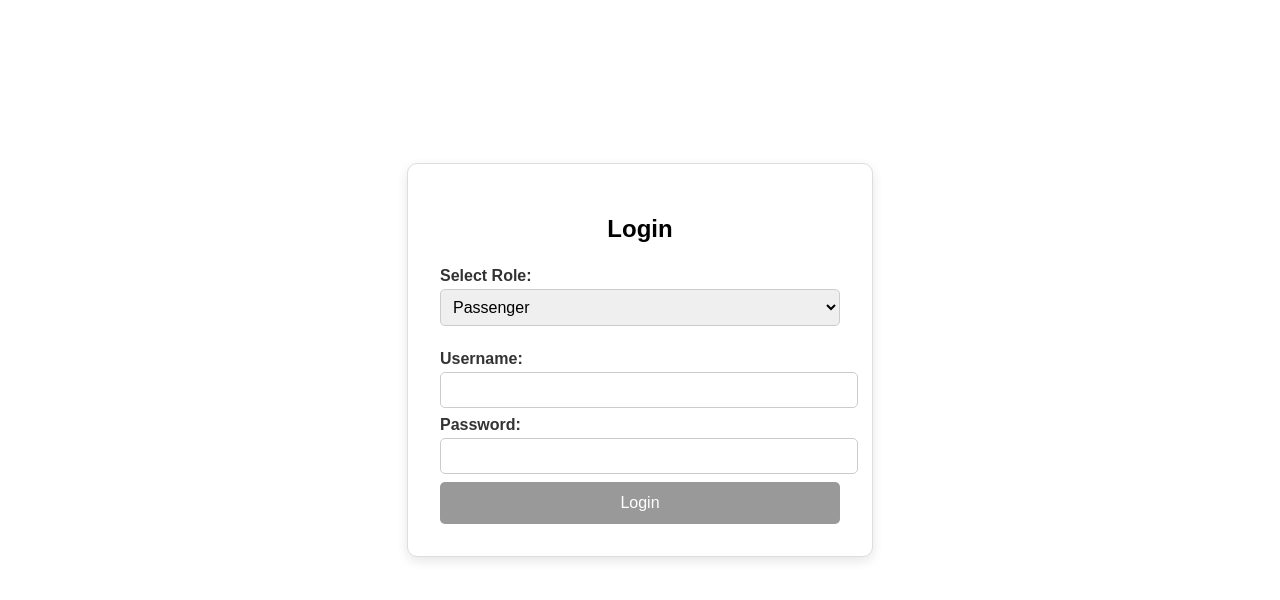
Repository: Shenes35/Booking-system
Page: /passenger (app in frontend/)
These files come from the project's save history. The page is drawn as it stood at one moment and after the next save; the edit follows.
The browser window is 1280 px wide. The pictures show the whole page.
The project was rebuilt for these pictures with package versions that can differ from the ones it lists, and the page was loaded fresh each time. Also part of the build but not shown: frontend/src/components/ErrorBoundary.jsx.

Above is the page before, as saved 2025-05-19 20:07:20.

### frontend/src/index.js
import React from 'react';
import ReactDOM from 'react-dom/client';
import './index.css';
import App from './App.jsx';       // ONLY one import of App
import reportWebVitals from './reportWebVitals';

const root = ReactDOM.createRoot(document.getElementById('root'));
root.render(
  <React.StrictMode>
    <App />
  </React.StrictMode>
);

reportWebVitals();

### frontend/src/App.jsx
// App.jsx
import React, { Suspense } from 'react';
import { BrowserRouter as Router, Routes, Route, Navigate } from 'react-router-dom';

import { AuthProvider, AuthContext } from './context/AuthContext';
import { FlightsProvider } from './context/FlightsContext';

// Lazy load components for code splitting
const LoginPage = React.lazy(() => import('./components/LoginPage'));
const AdminDashboard = React.lazy(() => import('./components/AdminDashboard'));
const PassengerWindow = React.lazy(() => import('./components/PassengerWindow'));
const ErrorBoundary = React.lazy(() => import('./components/ErrorBoundary'));

// ProtectedRoute component for route guarding
const ProtectedRoute = ({ children, allowedRoles }) => {
  const { user } = React.useContext(AuthContext);

  if (!user || !allowedRoles.includes(user.role)) {
    // User not logged in or unauthorized role - redirect to login
    return <Navigate to="/" replace />;
  }

  // Authorized access
  return children;
};

const App = () => {
  return (
    <AuthProvider>
      <FlightsProvider>
        <Router>
          <Suspense fallback={<div>Loading...</div>}>
            <ErrorBoundary>
              <Routes>
                {/* Public Route */}
                <Route path="/" element={<LoginPage />} />

                {/* Protected Admin Route */}
                <Route
                  path="/admin"
                  element={
                    <ProtectedRoute allowedRoles={['admin']}>
                      <AdminDashboard />
                    </ProtectedRoute>
                  }
                />

                {/* Protected Passenger Route */}
                <Route
                  path="/passenger"
                  element={
                    <ProtectedRoute allowedRoles={['passenger']}>
                      <PassengerWindow />
                    </ProtectedRoute>
                  }
                />

                {/* Catch-all redirect */}
                <Route path="*" element={<Navigate to="/" replace />} />
              </Routes>
            </ErrorBoundary>
          </Suspense>
        </Router>
      </FlightsProvider>
    </AuthProvider>
  );
};

export default App;

### frontend/src/context/AuthContext.jsx
// context/AuthContext.jsx
import React, { createContext, useState, useEffect, useMemo } from 'react';

// Create the AuthContext
export const AuthContext = createContext();

export const AuthProvider = ({ children }) => {
  // Initialize user from localStorage or null
  const [user, setUser] = useState(() => {
    try {
      const savedUser = localStorage.getItem('user');
      return savedUser ? JSON.parse(savedUser) : null;
    } catch (error) {
      console.error("Failed to parse user from localStorage:", error);
      return null;
    }
  });

  // Update localStorage whenever user changes (except when user is null, remove item)
  useEffect(() => {
    if (user) {
      localStorage.setItem('user', JSON.stringify(user));
    } else {
      localStorage.removeItem('user');
    }
  }, [user]);

  // Login function sets user info (e.g., role and username)
  const login = (role, username) => {
    setUser({ role, username });
  };

  // Logout clears user info
  const logout = () => {
    setUser(null);
  };

  // Derived state for convenience
  const isAuthenticated = !!user;

  // Memoize the context value to avoid unnecessary re-renders
  const value = useMemo(() => ({
    user,
    isAuthenticated,
    login,
    logout,
  }), [user, isAuthenticated]);

  return (
    <AuthContext.Provider value={value}>
      {children}
    </AuthContext.Provider>
  );
};

### frontend/src/context/FlightsContext.jsx
import React, { createContext, useReducer, useEffect } from "react";

// Initial state loaded from localStorage or empty array if none
const initialState = JSON.parse(localStorage.getItem("flights")) || [];

// Reducer to manage flights state: add, clear, update, delete (example cases)
function flightsReducer(state, action) {
  switch (action.type) {
    case "ADD_FLIGHT":
      return [...state, action.payload];

    case "UPDATE_FLIGHT":
      return state.map(flight =>
        flight.id === action.payload.id ? action.payload : flight
      );

    case "DELETE_FLIGHT":
      return state.filter(flight => flight.id !== action.payload.id);

    case "CLEAR_FLIGHTS":
      return [];

    default:
      return state;
  }
}

// Create FlightsContext
export const FlightsContext = createContext();

// FlightsProvider component to wrap app parts needing flights state
export const FlightsProvider = ({ children }) => {
  const [flights, dispatch] = useReducer(flightsReducer, initialState);

  // Sync flights state to localStorage on every change
  useEffect(() => {
    localStorage.setItem("flights", JSON.stringify(flights));
  }, [flights]);

  return (
    <FlightsContext.Provider value={{ flights, dispatch }}>
      {children}
    </FlightsContext.Provider>
  );
};

### frontend/src/components/LoginPage.jsx
import React, { useState, useContext } from 'react';
import { AuthContext } from '../context/AuthContext';
import { useNavigate } from 'react-router-dom';

const LoginPage = () => {
  const { login } = useContext(AuthContext);
  const [role, setRole] = useState('passenger');
  const [username, setUsername] = useState('');
  const [password, setPassword] = useState('');
  const [errors, setErrors] = useState({});
  const navigate = useNavigate();

  const validate = () => {
    const newErrors = {};
    if (!username.trim()) newErrors.username = 'Username is required';
    if (!password.trim()) newErrors.password = 'Password is required';
    return newErrors;
  };

  const handleSubmit = (e) => {
    e.preventDefault();
    const validationErrors = validate();
    if (Object.keys(validationErrors).length > 0) {
      setErrors(validationErrors);
      return;
    }
    setErrors({});
    login(role, username);
    setPassword('');
    if (role === 'admin') navigate('/admin');
    else navigate('/passenger');
  };

  const pageStyle = {
    minHeight: '100vh',
    backgroundColor: 'linear-gradient(to right, #74ebd5, #acb6e5)', // light background
    display: 'flex',
    justifyContent: 'center',
    alignItems: 'center'
  };

  const containerStyle = {
    width: '100%',
    maxWidth: '400px',
    padding: '2rem',
    border: '1px solid #ddd',
    borderRadius: '10px',
    boxShadow: '0 4px 12px rgba(0, 0, 0, 0.1)',
    backgroundColor: '#fff',
    fontFamily: 'Arial, sans-serif'
  };

  const labelStyle = {
    fontWeight: 'bold',
    marginBottom: '0.25rem',
    display: 'block',
    color: '#333'
  };

  const inputStyle = {
    width: '100%',
    padding: '0.5rem',
    borderRadius: '5px',
    border: '1px solid #ccc',
    marginBottom: '0.5rem',
    fontSize: '1rem'
  };

  const errorStyle = {
    color: 'red',
    fontSize: '0.875rem',
    marginBottom: '0.5rem'
  };

  const buttonStyle = {
    width: '100%',
    padding: '0.75rem',
    backgroundColor: '#007bff',
    color: '#fff',
    border: 'none',
    borderRadius: '5px',
    fontSize: '1rem',
    cursor: 'pointer',
    transition: 'background-color 0.3s ease'
  };

  const disabledButtonStyle = {
    ...buttonStyle,
    backgroundColor: '#999',
    cursor: 'not-allowed'
  };

  return (
    <div style={pageStyle}>
      <main style={containerStyle}>
        <h2 style={{ textAlign: 'center', marginBottom: '1.5rem' }}>Login</h2>
        <form onSubmit={handleSubmit} noValidate>
          <div style={{ marginBottom: '1rem' }}>
            <label htmlFor="role-select" style={labelStyle}>Select Role:</label>
            <select
              id="role-select"
              value={role}
              onChange={e => setRole(e.target.value)}
              style={inputStyle}
              aria-label="Select user role"
            >
              <option value="admin">Admin</option>
              <option value="passenger">Passenger</option>
            </select>
          </div>

          <div>
            <label htmlFor="username" style={labelStyle}>Username:</label>
            <input
              id="username"
              name="username"
              type="text"
              value={username}
              onChange={e => setUsername(e.target.value)}
              autoComplete="username"
              style={inputStyle}
              aria-describedby="username-error"
            />
            {errors.username && <div id="username-error" style={errorStyle}>{errors.username}</div>}
          </div>

          <div>
            <label htmlFor="password" style={labelStyle}>Password:</label>
            <input
              id="password"
              name="password"
              type="password"
              value={password}
              onChange={e => setPassword(e.target.value)}
              autoComplete="current-password"
              style={inputStyle}
              aria-describedby="password-error"
            />
            {errors.password && <div id="password-error" style={errorStyle}>{errors.password}</div>}
          </div>

          <button
            type="submit"
            disabled={!username.trim() || !password.trim()}
            style={!username.trim() || !password.trim() ? disabledButtonStyle : buttonStyle}
          >
            Login
          </button>
        </form>
      </main>
    </div>
  );
};

export default LoginPage;

Loaded but not shown: frontend/public/index.html (common file); frontend/src/index.css (common file); frontend/src/reportWebVitals.js (common file)

After the next save:
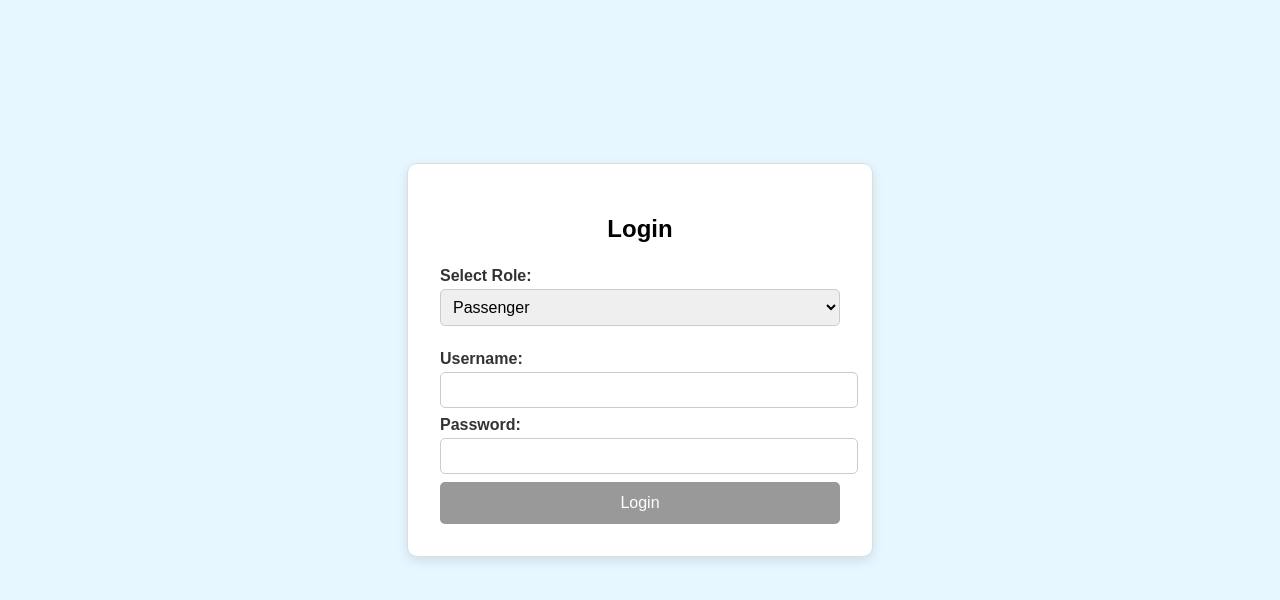
Saved 10 s later.
--- a/frontend/src/components/LoginPage.jsx
+++ b/frontend/src/components/LoginPage.jsx
@@ -33,7 +33,7 @@ const LoginPage = () => {
 
   const pageStyle = {
     minHeight: '100vh',
-    backgroundColor: 'linear-gradient(to right, #74ebd5, #acb6e5)', // light background
+    backgroundColor: '#e6f7ff', // light background
     display: 'flex',
     justifyContent: 'center',
     alignItems: 'center'
